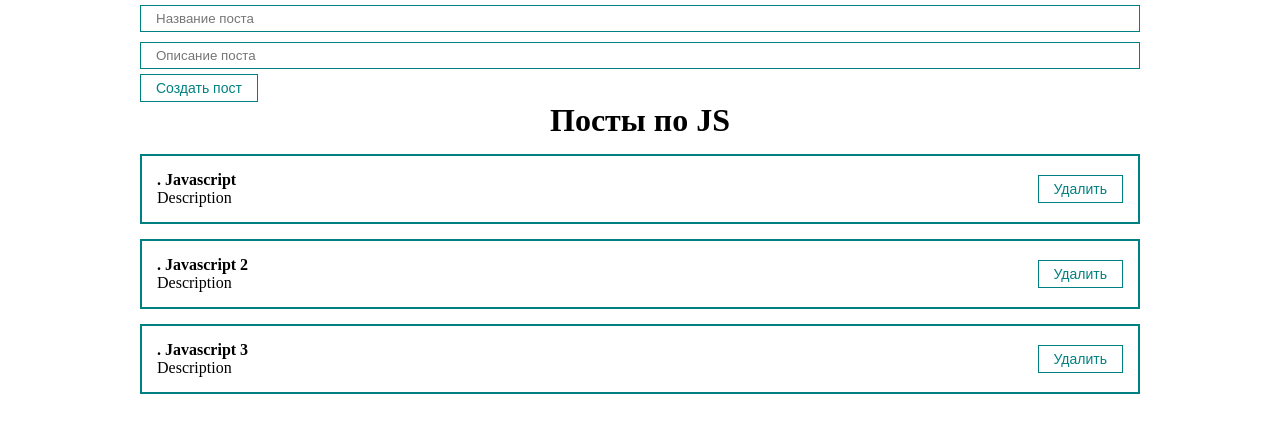
Repository: otvertka/ulb
Page: /
An editor plug-in stored every save of this project. The page is shown before and after the next save, followed by the edit.
The browser window is 1280 px wide. The pictures show the whole page.
The project was rebuilt for these pictures with package versions that can differ from the ones it lists, and the page was loaded fresh each time. Also part of the build but not shown: src/components/Counter.jsx, src/components/ClassCounter.jsx.

Above is the page before, as saved 2023-06-12 10:52:50.

After the next save:
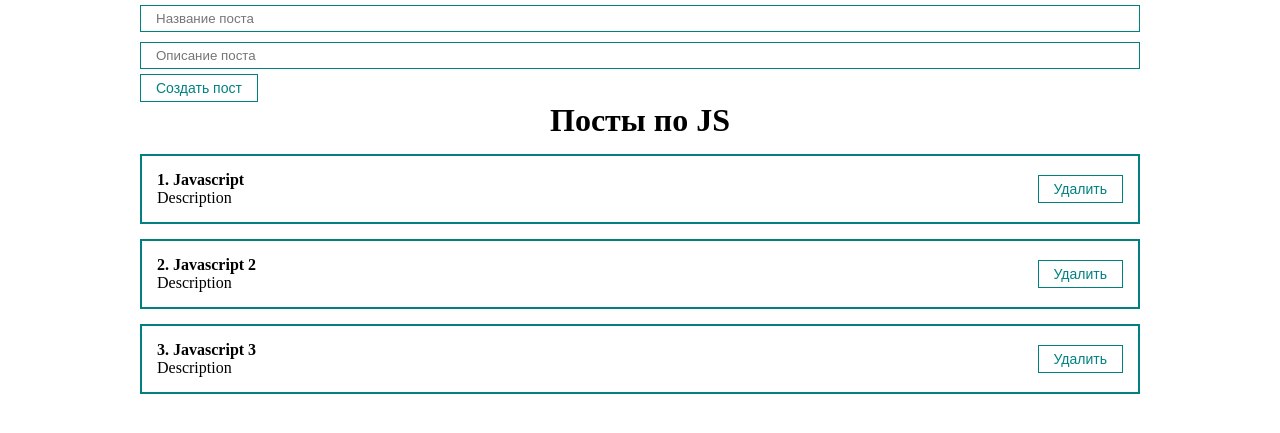
Saved 4 min 22 s later.
--- a/src/components/PostList.jsx
+++ b/src/components/PostList.jsx
@@ -1,12 +1,17 @@
 import React from "react";
 import PostItem from "./PostItem";
 
-const PostList = ({ posts, title }) => {
+const PostList = ({ posts, title, remove }) => {
   return (
     <div>
       <h1 style={{ textAlign: "center" }}>{title}</h1>
-      {posts.map((post) => (
-        <PostItem post={post} key={post.id} />
+      {posts.map((post, index) => (
+        <PostItem
+          remove={remove}
+          number={index + 1}
+          post={post}
+          key={post.id}
+        />
       ))}
     </div>
   );
